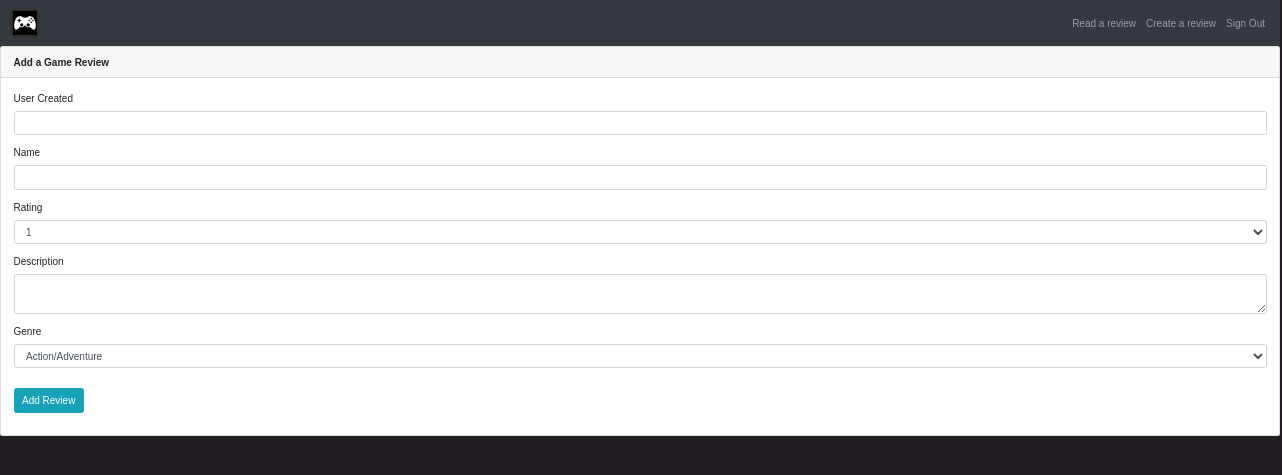
Repository: amit238/milestone-project-3
Page: http://localhost/addreview
The author's editor kept a record of every edit. The page is drawn from the files as they stood at one moment, then again after the next edit.
The browser window is 1280 px wide. The page is 1282 px wide, so the pictures cover 1282 px, including what lies to the right of the window. The pictures show the whole page.
Some web libraries are served in a nearby version. The page is served by the project's application, run on Flask 3 (app.py). The session is filled in as if someone had signed in: {"username": "testuser", "logged_in": true}.

Above is the page before.

### templates/addreview.html
{% extends 'base.html'%} {% block content %}

<div class="card mb-4">
    <div class="card-header"><span class="review-title "><strong>Add a Game Review</strong></span></div>
    <div class="card-body">
        <div class="row">
            <div class="col-12">
                <!--wtform to add new review to the db-->
                <form method="POST" action="">
                    {{ form.hidden_tag() }}
                    <fieldset class="form-group">

                        <div class="form-group">
                            {{ form.user_created.label(class="form-control-label") }}
                            {% if form.user_created.errors %}<!--checking for invalid input and message user-->
                            {{ form.user_created(class="form-control form-control is-invalid") }}
                            <div class="invalid-feedback">
                                {% for error in form.name.errors %}
                                <span>{{ error }}</span>
                                {% endfor %}
                            </div>
                            {% else %}
                            {{ form.user_created(class="form-control form-control") }}
                            {% endif %}
                        </div>

                        <div class="form-group">
                            {{ form.name.label(class="form-control-label") }}
                            {% if form.name.errors %}<!--checking for invalid input and message user-->
                            {{ form.name(class="form-control form-control is-invalid") }}
                            <div class="invalid-feedback">
                                {% for error in form.name.errors %}
                                <span>{{ error }}</span>
                                {% endfor %}
                            </div>
                            {% else %}
                            {{ form.name(class="form-control form-control") }}
                            {% endif %}
                        </div>

                        <div class="form-group">
                                {{ form.rating.label(class="form-control-label") }}
                                {% if form.rating.errors %}
                                {{ form.rating(class="form-control form-control is-invalid") }}
                                <div class="invalid-feedback"><!--checking for invalid input and message user-->
                                    {% for error in form.rating.errors %}
                                    <span>{{ error }}</span>
                                    {% endfor %}
                                </div>
                                {% else %}
                                {{ form.rating(class="form-control form-control") }}
                                {% endif %}
                            </div>

                            <div class="form-group">
                                {{ form.description.label(class="form-control-label") }}
                                {% if form.description.errors %}
                                {{ form.description(class="form-control form-control is-invalid") }}
                                <div class="invalid-feedback"><!--checking for invalid input and message user-->
                                    {% for error in form.description.errors %}
                                    <span>{{ error }}</span>
                                    {% endfor %}
                                </div>
                                {% else %}
                                {{ form.description(class="form-control form-control") }}
                                {% endif %}
                            </div>

                            <div class="form-group">
                                {{ form.genre.label(class="form-control-label") }}
                                {% if form.genre.errors %}
                                {{ form.genre(class="form-control form-control is-invalid") }}
                                <div class="invalid-feedback"><!--checking for invalid input and message user-->
                                    {% for error in form.genre.errors %}
                                    <span>{{ error }}</span>
                                    {% endfor %}
                                </div>
                                {% else %}
                                {{ form.genre(class="form-control form-control") }}
                                {% endif %}
                            </div>


                    </fieldset>
                    <div class="form-group"><!--submitting new review form-->
                        {{ form.submit_add(class="btn btn-info") }}
                    </div>
                </form>


            </div>

        </div>

    </div>
</div>

{% endblock %}

### templates/base.html
<!DOCTYPE html>
<html lang="en">

<head>
  <meta charset="UTF-8">
  <meta name="viewport" content="width=device-width, initial-scale=1.0">
  <meta http-equiv="X-UA-Compatible" content="ie=edge"> {% if title %}
  <title>GameScan - {{ title }} </title>
  {% else %}
  <title>Welcome to GameScan!</title>
  {% endif %}
  <link rel="stylesheet" href="https://maxcdn.bootstrapcdn.com/bootstrap/4.2.1/css/bootstrap.min.css" type="text/css" />
  <link rel="stylesheet" href="https://use.fontawesome.com/releases/v5.0.10/css/all.css" integrity="sha384-+d0P83n9kaQMCwj8F4RJB66tzIwOKmrdb46+porD/OvrJ+37WqIM7UoBtwHO6Nlg" crossorigin="anonymous">
  <link rel="stylesheet" href="{{url_for('static', filename='css/style.css')}}" type="text/css" />
  <link rel="shortcut icon" type="image/ico" href="{{ url_for('static', filename='img/favicon.ico') }}" />
</head>

<body>
  <header>
    <nav class="navbar navbar-expand-lg navbar-dark bg-dark ">
      <a class="navbar-brand" href="{{ url_for('index') }}">
       <img src="{{ url_for('static', filename='img/favicon.ico') }}" width="30" height="30" alt="">
  </a>
      <button class="navbar-toggler" type="button" data-toggle="collapse" data-target="#navbarNavAltMarkup" aria-controls="navbarNavAltMarkup" aria-expanded="false" aria-label="Toggle navigation">
    <span class="navbar-toggler-icon"></span>
  </button>
      <div class="collapse navbar-collapse" id="navbarNavAltMarkup">
        <div class="navbar-nav ml-auto">
          {% if session['logged_in'] == True %}
          <a class="nav-item nav-link" href="{{ url_for('reviews') }}">Read a review</a>
          <a class="nav-item nav-link" href="{{ url_for('addreview') }}">Create a review</a>
          <a class="nav-item nav-link" href="{{ url_for('logout') }}">Sign Out</a>
          {% else %}
          <a class="nav-item nav-link" href="{{ url_for('reviews') }}">Read a review</a>
          <a class="nav-item nav-link" href="{{ url_for('register') }}">Register</a>
          <a class="nav-item nav-link" href="{{ url_for('login') }}">Log in</a>
          {% endif %}
        </div>
      </div>
    </nav>
    {% block content %} {% endblock %}
  </header>
  <script src="https://code.jquery.com/jquery-3.5.1.js" integrity="sha256-QWo7LDvxbWT2tbbQ97B53yJnYU3WhH/C8ycbRAkjPDc=" crossorigin="anonymous"></script>
  <script src="https://cdnjs.cloudflare.com/ajax/libs/popper.js/1.14.6/umd/popper.min.js" integrity="sha384-wHAiFfRlMFy6i5SRaxvfOCifBUQy1xHdJ/yoi7FRNXMRBu5WHdZYu1hA6ZOblgut" crossorigin="anonymous"></script>
  <script src="https://stackpath.bootstrapcdn.com/bootstrap/4.2.1/js/bootstrap.min.js" integrity="sha384-B0UglyR+jN6CkvvICOB2joaf5I4l3gm9GU6Hc1og6Ls7i6U/mkkaduKaBhlAXv9k" crossorigin="anonymous"></script>
</body>

</html>

### app.py
import os
if os.path.exists("env.py"):
  import env
from flask import Flask, render_template, redirect, request, url_for, flash, session
from forms import LoginForm, RegisterForm, ReviewGameForm
from flask_pymongo import PyMongo
from bson.objectid import ObjectId
import bcrypt

app = Flask(__name__)
app.config["MONGO_DBNAME"] = 'game_scan'
app.config["MONGO_URI"] = os.environ.get('MONGO_URI')

mongo = PyMongo(app)

SECRET_KEY = os.urandom(32)
app.config['SECRET_KEY'] = SECRET_KEY



@app.route('/reviews')
def reviews():
    return render_template('reviews.html', title="Read a review!", game_reviews=mongo.db.game_reviews.find())



@app.route('/')
def index():
    return render_template('index.html', title="Home")

# Adding Log in

@app.route('/login', methods=['GET', 'POST'])
def login():
    """Login handler"""
    if session.get('logged_in'):
        if session['logged_in'] is True:
            return redirect(url_for('index', title="Log In"))

    form = LoginForm()

    if form.validate_on_submit():
        # get all users
        users = mongo.db.users
        # try and get one with same name as entered
        db_user = users.find_one({'name': request.form['username']})

        if db_user:
            # check password using hashing
            if bcrypt.hashpw(request.form['password'].encode('utf-8'),
                             db_user['password']) == db_user['password']:
                session['username'] = request.form['username']
                session['logged_in'] = True
                # successful redirect to home logged in
                return redirect(url_for('index', title="Sign In", form=form))
            # must have failed set flash message
            flash('Invalid username/password combination')
    return render_template("login.html", title="Sign In", form=form)


@app.route('/logout')
def logout():
    """Clears session and redirects to home"""
    session.clear()
    return redirect(url_for('index'))

# Adding in Register form

@app.route('/register', methods=['GET', 'POST'])
def register():
    """Handles registration functionality"""
    form = RegisterForm(request.form)
    if form.validate_on_submit():
        # get all the users
        users = mongo.db.users
        # see if we already have the entered username
        existing_user = users.find_one({'name': request.form['username']})

        if existing_user is None:
            # hash the entered password
            hash_pass = bcrypt.hashpw(request.form['password'].encode('utf-8'), bcrypt.gensalt())
            # insert the user to DB
            users.insert_one({'name': request.form['username'],
                          'password': hash_pass,
                          'email': request.form['email']})
            session['username'] = request.form['username']
            return redirect(url_for('index'))
        # duplcate username set flash message and reload page
        flash('Sorry, that username is already taken - use another')
        return redirect(url_for('register'))
    return render_template('register.html', title='Register', form=form)

# Adding a review

@app.route('/addreview', methods=['GET', 'POST'])
def addreview():

# If user is not logged in a message will appear

    if 'logged_in' not in session:
        flash('To add a review you need to sign in', 'warning')
        return redirect(url_for('login'))

# If form submits successfully

    form = ReviewGameForm()
    if form.validate_on_submit():
        game_reviews=mongo.db.game_reviews


        # add form content to db as a new record
        game_reviews.insert_one({
            'user_created': request.form['user_created'],
            'name': request.form['name'],
            'genre': request.form['genre'],
            'rating': request.form['rating'],
            'description': request.form['description'],
            })

        flash('Your Review has been added ', 'success')

        # send to my reviews template on successful add
        return redirect(url_for('reviews'))

    return render_template('addreview.html', form=form,
                           title='Add a Review')



if __name__ == '__main__':
    app.run(host=os.environ.get('IP'),
            port=int(os.environ.get('PORT')),
            debug=True)

### forms.py
from flask_wtf import FlaskForm
from wtforms import StringField, PasswordField, BooleanField, SubmitField, TextAreaField, SelectField
from wtforms.validators import DataRequired, Length, EqualTo, Email


class LoginForm(FlaskForm):
    username = StringField('Username', validators=[DataRequired()])
    password = PasswordField('Password', validators=[DataRequired()])
    remember_me = BooleanField('Remember Me')
    submit = SubmitField('Sign In')


class RegisterForm(FlaskForm):
    username = StringField('Username', validators=[DataRequired(),
                                                   Length(min=4, max=20)])
    password = PasswordField('Password',
                             validators=[DataRequired(),
                                         EqualTo('password2', message='Passwords must match')])
    password2 = PasswordField('Repeat Password')
    email = StringField('Email Address', validators=[Length(min=6, max=35), Email()])
    remember_me = BooleanField('Remember Me')
    submit = SubmitField('Register')


class ReviewGameForm(FlaskForm):

    user_created = StringField('User Created', validators=[DataRequired(), Length(min=1, max=100)])

    name = StringField('Name', validators=[DataRequired(),Length(min=1, max=150)])

    genre = SelectField(u'Genre', choices=[
        ('action/adventure', 'Action/Adventure'),
        ('sports', 'Sports'),
        ('shooters', 'Shooters'),
        ('role-playing', 'Role-Playing'),
        ('racing', 'Racing'),
        ])

    rating = SelectField(u'Rating', choices=[
        ('1'),
        ('2'),
        ('3'),
        ('4'),
        ('5'),
        ('6'),
        ('7'),
        ('8'),
        ('9'),
        ('10'),
        ])

    description = TextAreaField('Description', validators=[DataRequired(), Length(min=2, max=1500)])

    submit_add = SubmitField('Add Review')

### static/css/style.css
html {
  font-size: 10px;
}
body {
  padding: 0;
  margin: 0;
  background-color: #221D23;
  font-family: "Comic Sans MS", cursive, sans-serif;
}

/*----Navbar----*/

/*----Homepage----*/

.addreview-form {
  background-color: #D1603D;
}

.card-position {
  text-align: center;
  padding-top: 10em;
}

.bg-color {
  background-color: #D1603D;
}

.title {
  color: #DDB967;
}

/*----Add Review----*/

.centre-header {
  text-align: center;
}


/*----Register----*/

After the next edit:
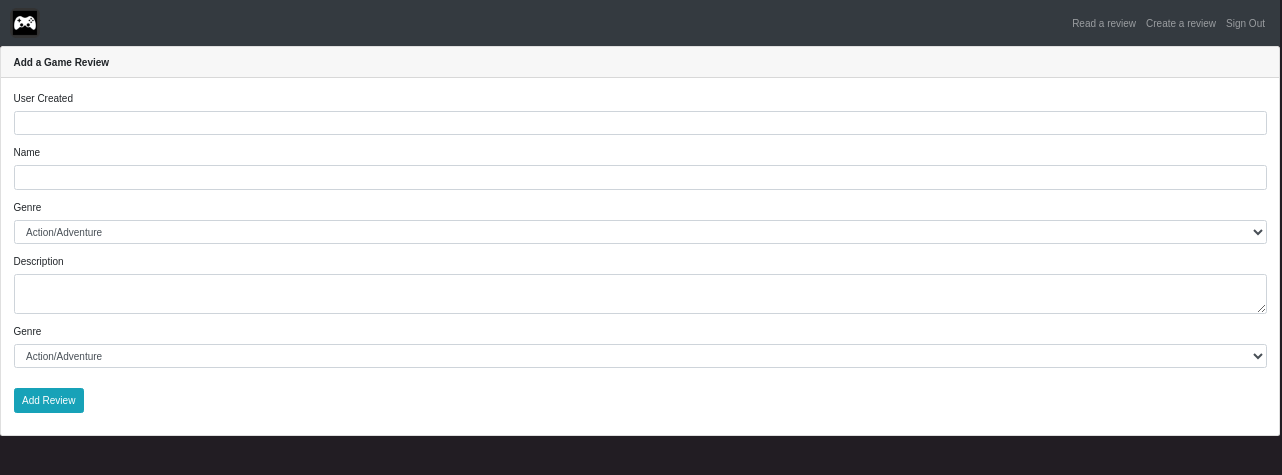
The edit:
--- a/templates/addreview.html
+++ b/templates/addreview.html
@@ -39,16 +39,16 @@
                         </div>
 
                         <div class="form-group">
-                                {{ form.rating.label(class="form-control-label") }}
-                                {% if form.rating.errors %}
-                                {{ form.rating(class="form-control form-control is-invalid") }}
+                                {{ form.genre.label(class="form-control-label") }}
+                                {% if form.genre.errors %}
+                                {{ form.genre(class="form-control form-control is-invalid") }}
                                 <div class="invalid-feedback"><!--checking for invalid input and message user-->
-                                    {% for error in form.rating.errors %}
+                                    {% for error in form.genre.errors %}
                                     <span>{{ error }}</span>
                                     {% endfor %}
                                 </div>
                                 {% else %}
-                                {{ form.rating(class="form-control form-control") }}
+                                {{ form.genre(class="form-control form-control") }}
                                 {% endif %}
                             </div>
 
